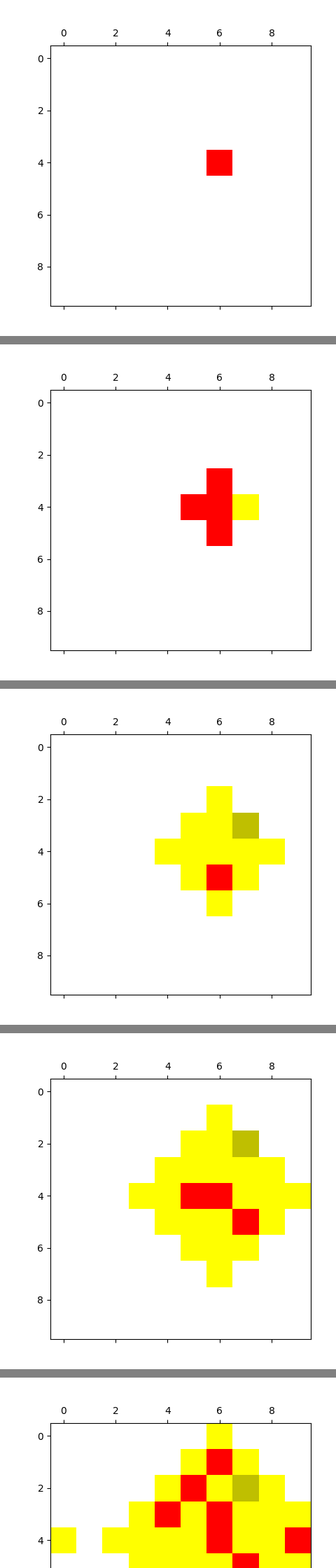
Repository: eduardodut/Trabalho_final_estatistica_cd
Script's output: python src/Simulador.py
An editor plug-in stored every save of this project. The script's output is shown before and after the next save, followed by the edit.
The pictures show rows 0 to 2240 of an output 3924 px tall, at 70% of full size.
Each picture stacks the figures in order, with grey between them; figures that are only written to a file come last. The script is stopped after its 8th figure. Random numbers start from a fixed seed.

Above is the script's output before, as saved 2020-07-10 19:11:35.

After the next save:
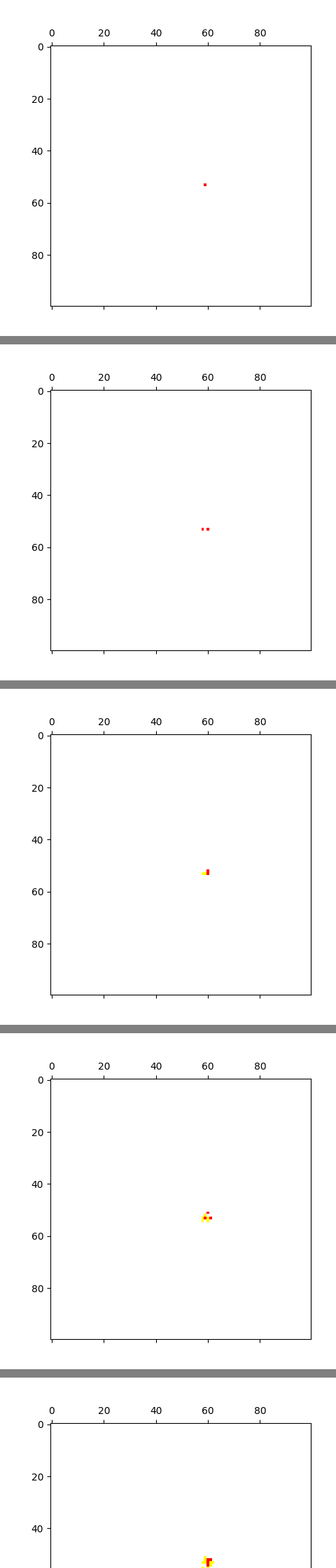
Saved 64 s later.
--- a/src/Simulador.py
+++ b/src/Simulador.py
@@ -331,16 +331,16 @@ class Simulador():
 
 
 
-chance_infeccao = 1
-chance_infeccao_tipo2 = 1
-chance_morte = 0.5
+chance_infeccao = 0.3
+chance_infeccao_tipo2 = 0.2
+chance_morte = 0.02
 atualizacoes_cura = 10
 percentual_inicial_tipo1 = 0.0
 percentual_inicial_tipo2 = 0.0
 
 
 sim = Simulador(
-    10,
+    100,
     percentual_inicial_tipo1,
     percentual_inicial_tipo2,
     chance_infeccao,
